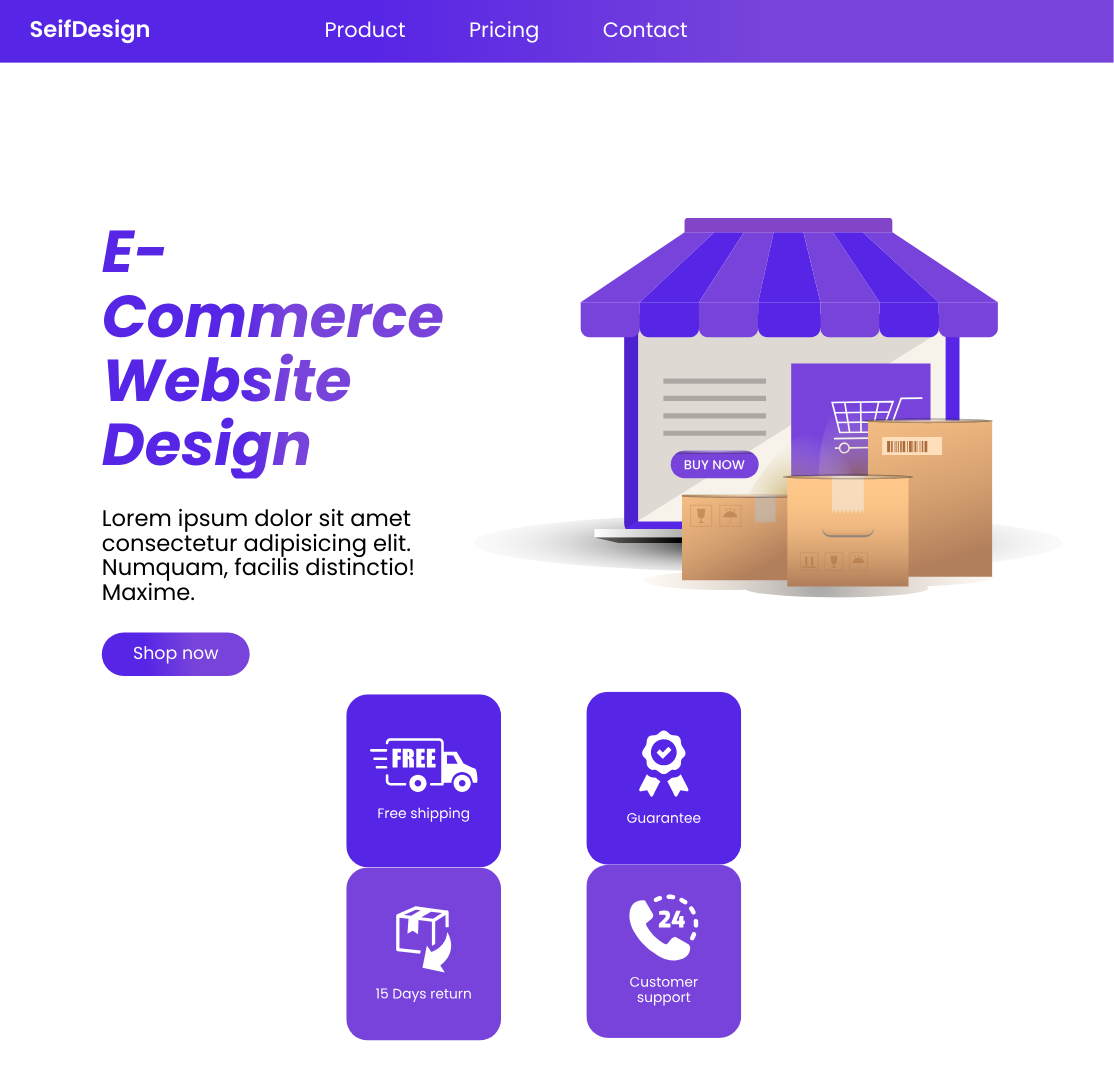
Repository: NatiqSamiyev/commers-desing-JS
Page: index.html
An editor plug-in stored every save of this project. The page is shown before and after the next save, followed by the edit.
The browser window is 1280 px wide. The pictures show the whole page, at 87% of full size.
Some web fonts or font styles are not loaded; a fallback is used.

Above is the page before, as saved 2023-11-06 11:26:28.

### index.html
<!DOCTYPE html>
<html lang="en">
  <head>
    <meta charset="UTF-8" />
    <meta name="viewport" content="width=device-width, initial-scale=1.0" />
    <title>Document</title>
    <link rel="stylesheet" href="index.css" />
  </head>
  <body>
    <div class="commerse-design-container">
      <div class="top-container">
        <h1>SeifDesign</h1>

        <nav>
          <ul>
            <li>
              <a href="#">Product</a>
            </li>
            <li>
              <a href="#">Pricing</a>
            </li>
            <li>
              <a href="#">Contact</a>
            </li>
          </ul>
        </nav>


      </div>

      <main>
        <div class="box-1">
          <h2>E-Commerce Website Design</h2>
          <p>
            Lorem ipsum dolor sit amet consectetur adipisicing elit. Numquam,
            facilis distinctio! Maxime.
          </p>
          <button>
            <a href="#">Shop now</a>
          </button>
        </div>

        <div class="box-2">
          <img src="./image/Group.svg" alt="" />
        </div>
      </main>

      <div class="bottom-container">
        <div class="box-1">
          <img src="./image/Frame 12.svg" alt="" />
          <img src="./image/Frame 11.svg" alt="" />
        </div>
       <div class="box-2">
        <img src="./image/Frame 10.svg" alt="" />
        <img src="./image/Frame 13.svg" alt="" />
       </div>

      </div>
    </div>
  </body>
  <script src="./index.js"></script>
</html>

### index.css
@import url("https://fonts.googleapis.com/css2?family=Epilogue:wght@400;600;700;800;900&family=Inter:wght@400;500;600;700&family=Laila:wght@700&family=Open+Sans:wght@400;600;700;800&family=Poppins:ital,wght@0,400;0,500;0,600;0,700;1,700&family=Roboto+Slab:wght@700&family=Roboto:wght@400;700;900&display=swap");

* {
  margin: 0;
  padding: 0;
  box-sizing: border-box;
}

.commerse-design-container {
  width: 100%;
  padding: 0 0 33px 0;
  min-height: 100vh;
}

.top-container {
  width: 100%;
  padding: 16px 0 21px 34px;
  height: 72px;
  display: flex;
  justify-content: flex-start;
  align-items: center;
  background: linear-gradient(270deg, #7743db 31.64%, #5725e5 66.78%);
}

.top-container h1 {
  color: #fff;
  font-family: Poppins;
  font-size: 26px;
  font-style: normal;
  font-weight: 600;
  line-height: normal;
}

.top-container nav {
  margin-left: 200px;
}

.top-container nav ul {
  display: flex;
}

.top-container nav ul li {
  margin-right: 73px;
  list-style-type: none;
}

.top-container nav ul li a {
  text-decoration: none;
  color: #fff;
  text-align: center;
  font-family: Poppins;
  font-size: 24px;
  font-style: normal;
  font-weight: 300;
  line-height: normal;
}

.top-container form {
  display: none;
}

main {
  margin-top: 98px;
  margin-bottom: 24px;
  width: 100%;
  padding: 80px 83px;
  display: flex;
  justify-content: space-between;
}

.box-1 {
  padding: 3px 34px;
  height: 403px;
}

.box-1 h2 {
  margin-bottom: 32px;
  font-family: Poppins;
  font-size: 68px;
  font-style: italic;
  font-weight: 700;
  line-height: 109%;
  background: linear-gradient(268deg, #7743db 46.2%, #5725e5 59.09%);
  background-clip: text;
  -webkit-background-clip: text;
  -webkit-text-fill-color: transparent;
}

.box-1 p {
  margin-bottom: 32px;
  color: #000;
  font-family: Poppins;
  font-size: 26px;
  font-style: normal;
  font-weight: 300;
  line-height: 109%;
}

.box-1 button {
  width: 170px;
  height: 50px;
  padding: 0px 24px;
  display: flex;
  justify-content: center;
  align-items: center;
  gap: 10px;
  border-radius: 25px;
  background: linear-gradient(263deg, #7743db 38.81%, #5725e5 70.24%);
  border: none;
}

.box-1 button a {
  text-decoration: none;
  color: #fff;
  font-family: Poppins;
  font-size: 20px;
  font-style: normal;
  font-weight: 400;
  line-height: 109%;
}

.box-2 img {
  width: 677.61px;
  height: 437.417px;
}

.bottom-container {
  display: flex;
  justify-content: center;
}

.bottom-container img {
  margin-right: 64px;
  width: 178px;
  height: 199px;
  padding: 10px;
  display: flex;
  flex-direction: column;
  justify-content: center;
  align-items: center;
  gap: 18px;
  border-radius: 25px;
  background: #5725e5;
}

.bottom-container img:nth-child(2) {
  border-radius: 25px;
  background: #7743db;
}

.bottom-container img:last-child {
  border-radius: 25px;
  background: #7743db;
}

/* mobile design */

@media screen and (max-width: 768px) {
  .commerse-design-container {
    background-color: #ececec;
  }

  .top-container {
    padding: 17.5px 20px;
    justify-content: space-between;
  }

  .top-container h1 {
    font-size: 18px;
  }

  .top-container nav {
    display: none;
  }

  .top-container form {
    width: 37px;
    display: flex;
    flex-direction: column;
  }

  .top-container form label {
    height: 10px;
  }

  .top-container form input {
    width: 37px;
    height: 5px;
    margin-bottom: 2px;
    border-radius: 3px;
    border: none;
  }

  main {
    margin-top: 111px;
    margin-bottom: 0;
    padding: 0;
    display: flex;
    flex-direction: column-reverse;
    align-items: center;
  }

  .box-2 {
    margin-bottom: 29px;
    display: flex;
    justify-content: center;
    align-items: center;
  }

  .box-2 img {
    width: 352px;
    height: 256.511px;
  }

  .box-1 {
    width: 100%;
    padding: 0;
    height: 312px;
    display: flex;
    justify-content: center;
    flex-direction: column;
    align-items: center;
  }

  .box-1 h2 {
    width: 390px;
    text-align: center;
    font-size: 40px;
  }

  .box-1 p {
    width: 332px;
    text-align: center;
    font-size: 20px;
  }

  .bottom-container {
    margin: auto;
    width: 345px;
    margin-top: 46px;
    display: flex;
    height: 431px;
    flex-direction: column;
    justify-content: center;
    align-items: center;
    gap: 20px;
    flex-wrap: wrap;
  }

  .bottom-container img {
    width: 160px;
    height: 180px;
    padding: 0;
    margin-right: 0;
  }

  .box-1 button {
    margin-bottom: 0;
  }
}

Loaded but not shown: index.js (no stored copy; drawn as an empty file)

After the next save:
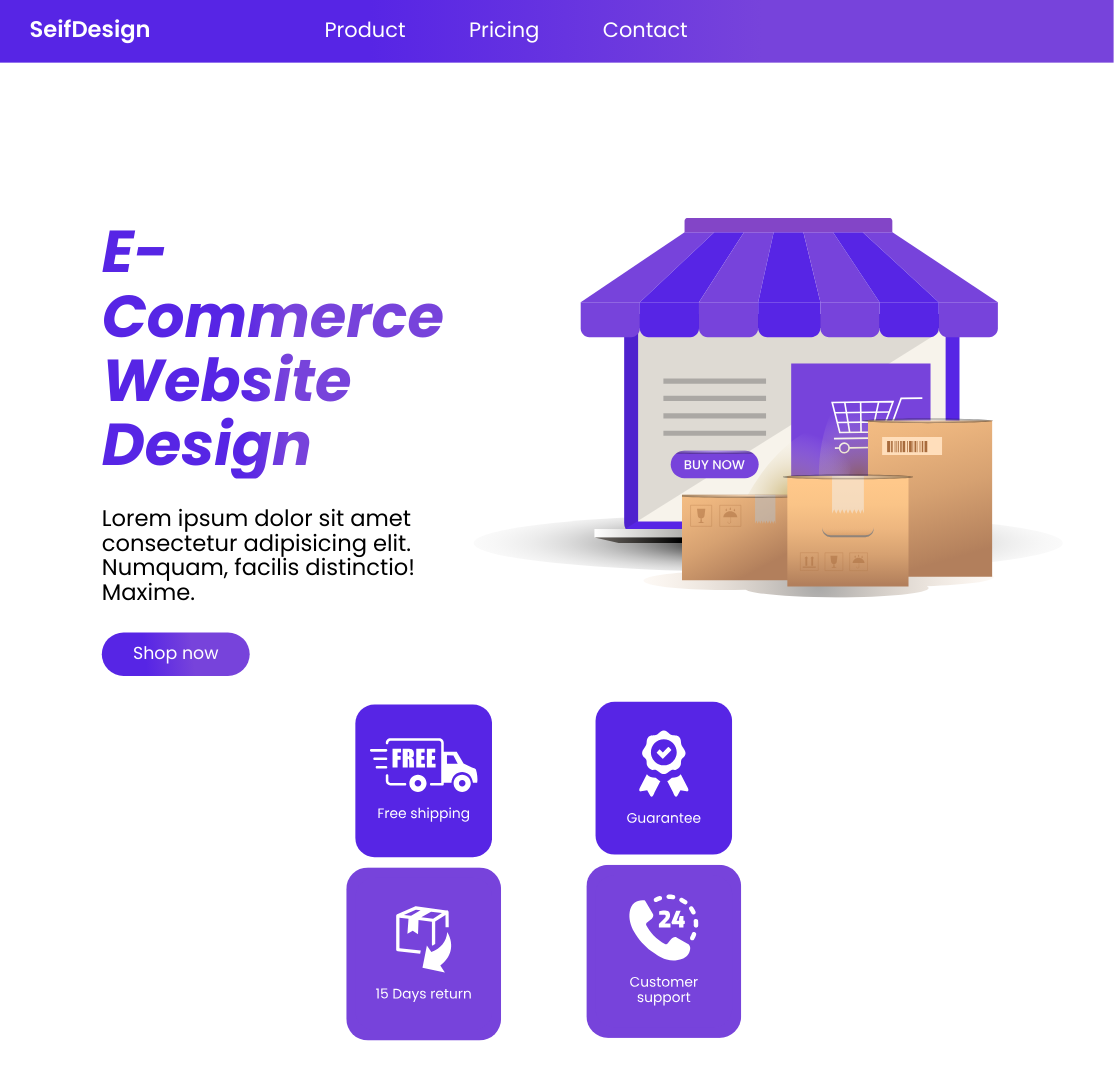
Saved 58 s later.
--- a/index.css
+++ b/index.css
@@ -140,7 +140,7 @@ main {
   align-items: center;
   gap: 18px;
   border-radius: 25px;
-  background: #5725e5;
+
 }
 
 .bottom-container img:nth-child(2) {
